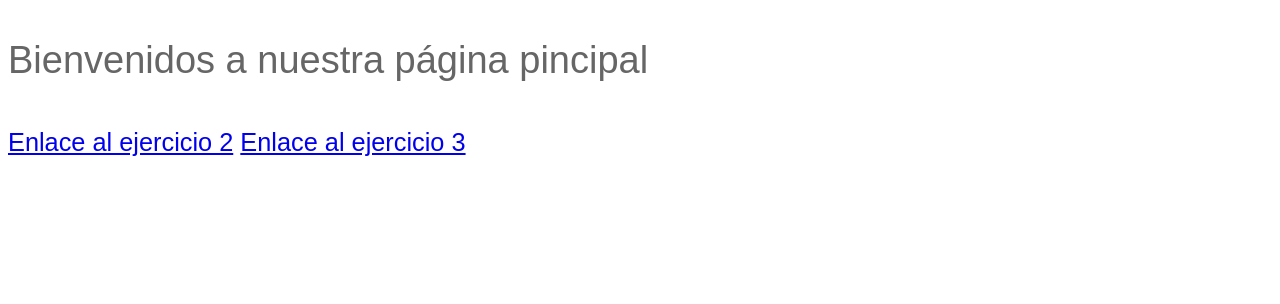
Repository: conmarred/Ejercicio4-Web
Page: Ejercicio4Web/src/main/webapp/index.html
These files come from the project's save history. The page is drawn as it stood at one moment and after the next save; the edit follows.
The browser window is 1280 px wide. The pictures show the whole page.
Some web fonts or font styles are not loaded; a fallback is used.

Above is the page before, as saved 2022-03-09 12:16:21.

After the next save:
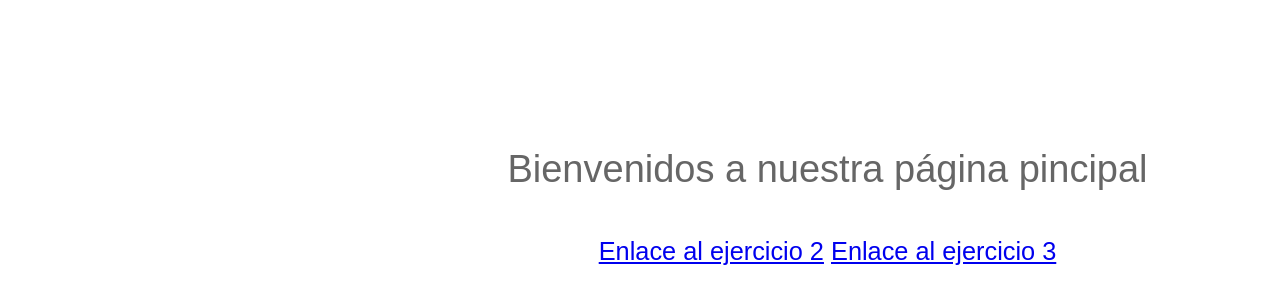
Saved 43 s later.
--- a/Ejercicio4Web/src/main/webapp/css/estilos.css
+++ b/Ejercicio4Web/src/main/webapp/css/estilos.css
@@ -22,3 +22,42 @@ h1 {
 	color: #666;
 	line-height: 1.5em;
 }
+
+.container {
+	margin: 0 auto;
+	max-width: 100%;
+	width: 1400px;
+}
+
+/* Header */
+
+#header {
+
+    display: flex;
+    flex-direction: column;
+    justify-content: space-between;
+    background: #db8b12;
+    color: #fff;
+    height: 100%;
+    left: 0;
+    overflow-y: auto;
+    position: fixed;
+    text-align: left;
+    top: 0;
+    width: 375px;
+}
+
+    #header .top {
+        flex-grow: 1;
+    }
+/* Main */
+#main {
+    margin-left: 375px;
+}
+
+    #main > section {
+        margin: 0;
+        overflow: hidden;
+        padding: 4em 0;
+        text-align: center;
+    }
